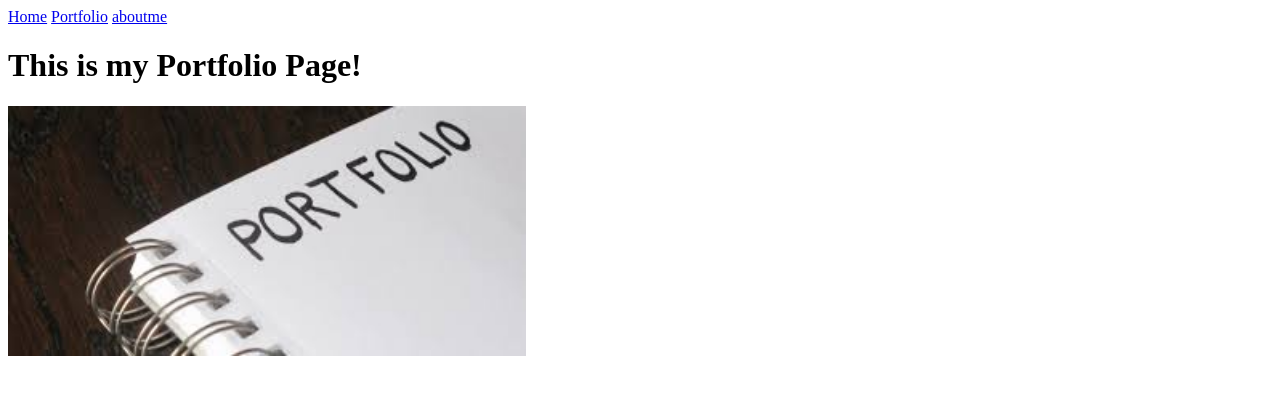
Repository: nilla1867/nilla1867.github.io
Page: my_website/portfolio.html
The author's editor kept a record of every edit. The page is drawn from the files as they stood at one moment, then again after the next edit.
The browser window is 1280 px wide. The pictures show the whole page.

Above is the page before.

### my_website/portfolio.html
<!doctype html>
	<html lang="en">
	  <head>
	    <meta charset="utf-8">
	    <title>Portfolio</title>
	  </head>
	  <body>
    <a href="index.html">Home</a>
    <a href="portfolio.html">Portfolio</a>
    <a href="About Nathaniel Illa.html">aboutme</a>
    <h1>This is my Portfolio Page!</h1>
    <img src="images/portfolio.jpg" height="250">
    <br>
    <a target="_blank" href="https://scratch.mit.edu">

    </a>
	  </body>
	</html>

After the next edit:
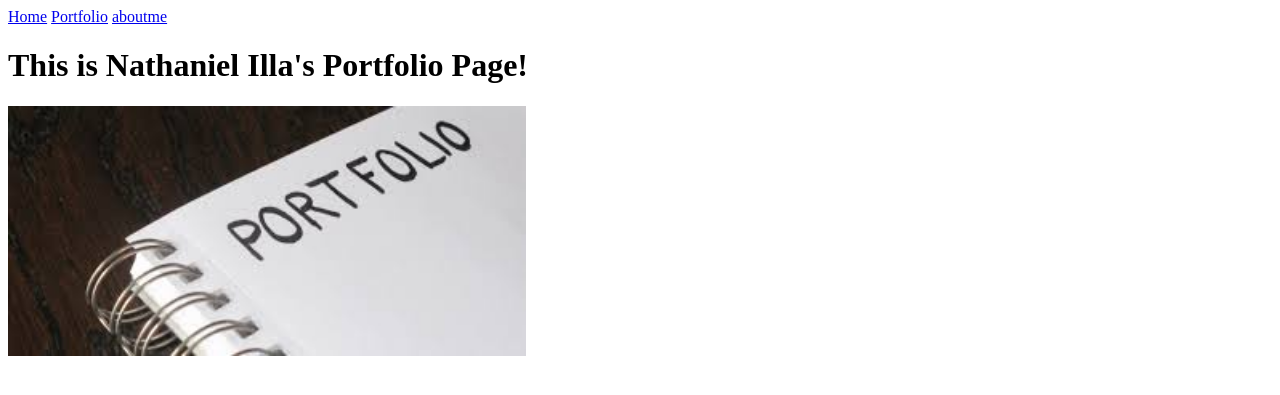
The edit:
--- a/my_website/portfolio.html
+++ b/my_website/portfolio.html
@@ -8,7 +8,7 @@
     <a href="index.html">Home</a>
     <a href="portfolio.html">Portfolio</a>
     <a href="About Nathaniel Illa.html">aboutme</a>
-    <h1>This is my Portfolio Page!</h1>
+    <h1>This is Nathaniel Illa's Portfolio Page!</h1>
     <img src="images/portfolio.jpg" height="250">
     <br>
     <a target="_blank" href="https://scratch.mit.edu">
